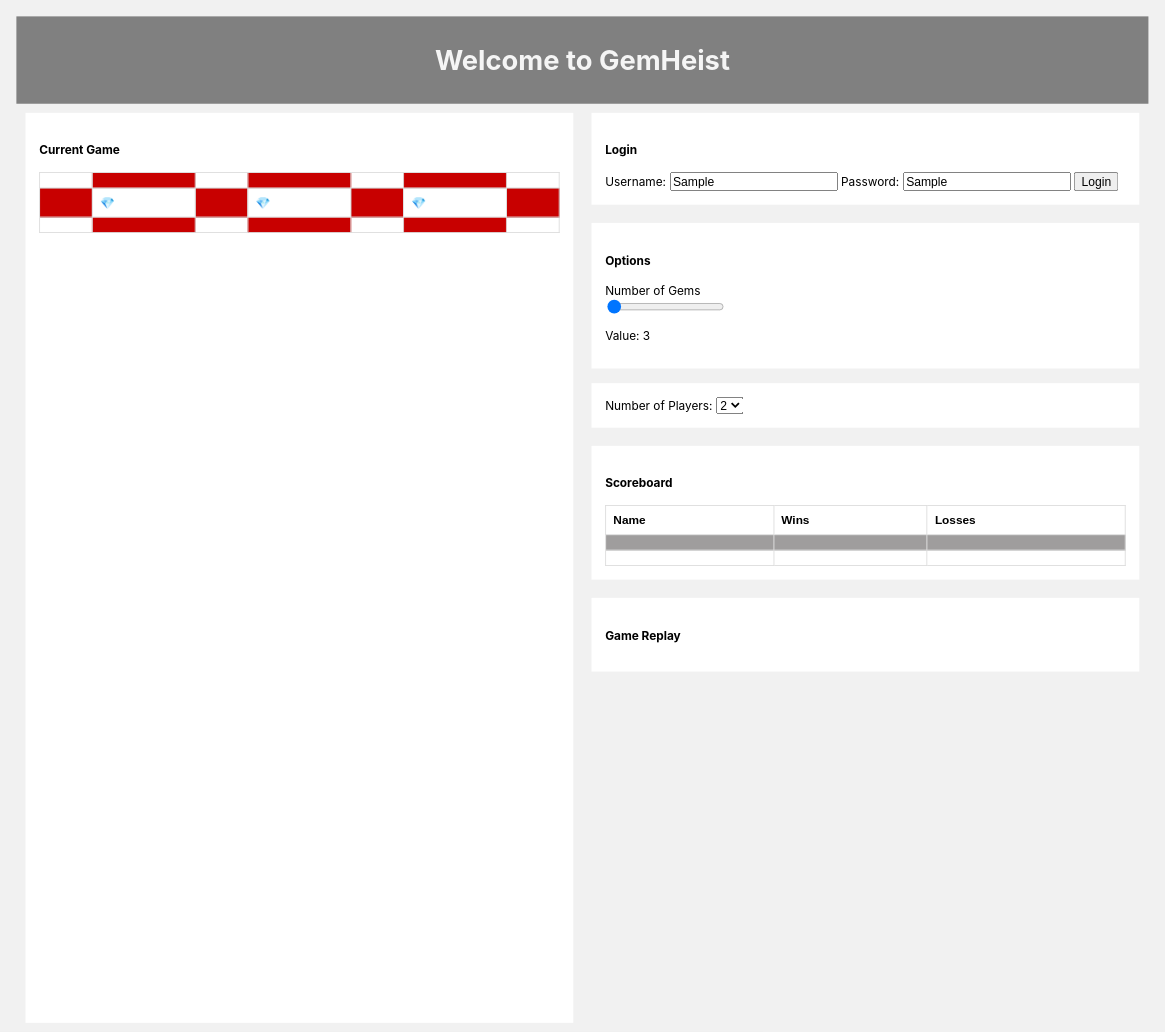
Repository: komalharjani/Gem-Heist
Page: board.html
The author's editor kept a copy of each file at every save. The page is drawn from the files as they stood at one save, then again after a run of saves.
The browser window is 1280 px wide. The pictures show the whole page, at 91% of full size.
Empty fields were first filled with sample values (such as "Sample", 5 or name@example.com).
After loading, the first visible `td.alarm` was clicked once.

Above is the page before, as saved 2020-04-09 18:21:09.
Console error: TypeError: Cannot read properties of undefined (reading '1')

After the next 2 saves:
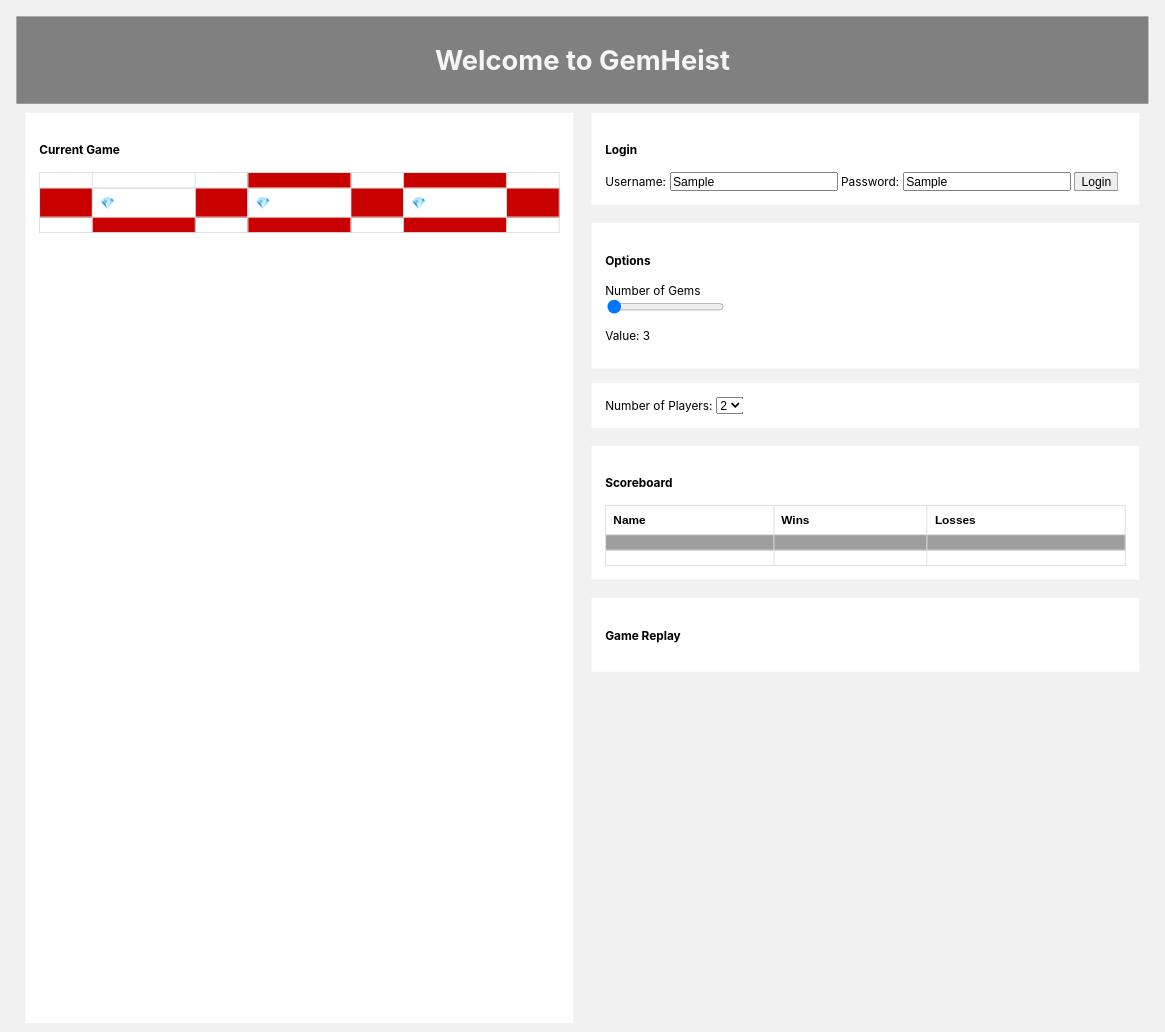
The error is gone.
The 2 saves are shown as one change because they came seconds apart.
The last was saved 17 s later.
--- a/model_Board.js
+++ b/model_Board.js
@@ -103,7 +103,7 @@ function captureAlarm() {
         leftCell = pieces[currRow][currCol - 1];
         alarmsAroundEvent.push(leftCell);
     } if (currRow < height -1) {
-        downCell = pieces[(currRow+1)][currCol];
+        downCell = pieces[currRow][currCol+1];
         //alarmsAroundEvent.push(downCell);
     }
     if (currCol < width) {
